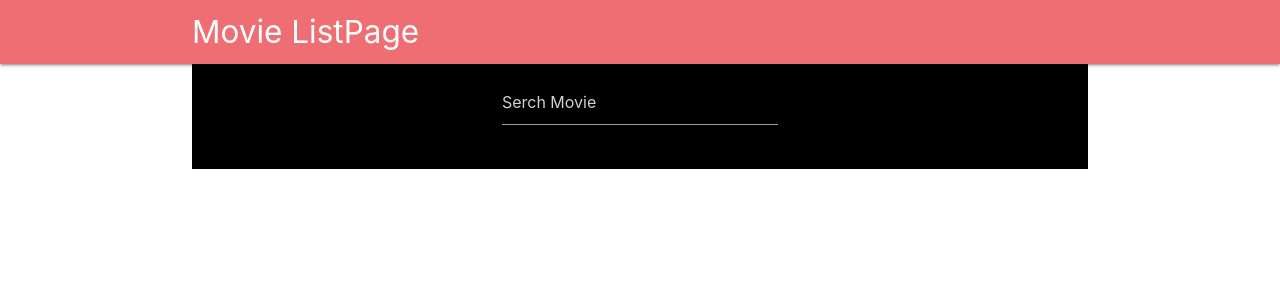
Repository: Reiya-1003/React-Ts-Node-App
Page: /
An editor plug-in stored every save of this project. The page is shown before and after the next save, followed by the edit.
The browser window is 1280 px wide. The pictures show the whole page.
The page's requests for data from a server got no answer. The project was rebuilt for these pictures with package versions that can differ from the ones it lists, and the page was loaded fresh each time. A package was used in the major version that the imports need, not the one package.json lists. No one was signed in, and anything a server would have sent is missing. Also part of the build but not shown: src/Styles.module.css, src/components/Detail.tsx.

Above is the page before, as saved 2021-11-18 11:05:12.

After the next save:
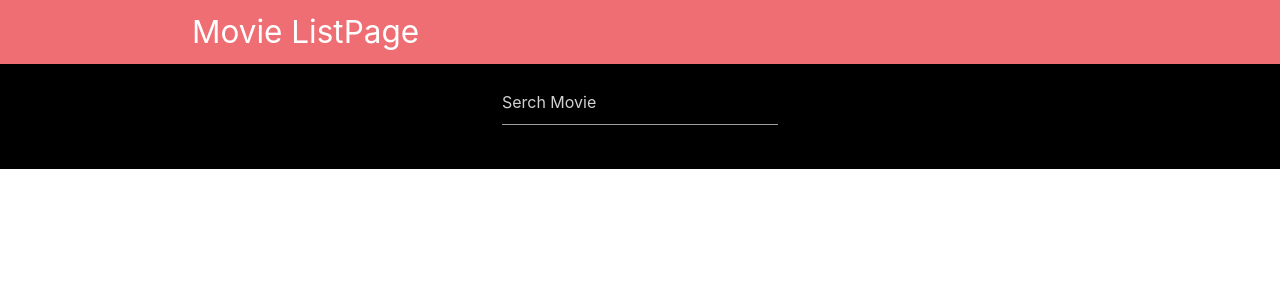
Saved 48 s later.
--- a/src/components/App.tsx
+++ b/src/components/App.tsx
@@ -41,7 +41,7 @@ export const App: React.FC<Props> = (props) => {
   };
 
   return (
-    <div className="App">
+    <div className="App" style={{ backgroundColor: "black" }}>
       <Router>
         <Nav />
         <Switch>
